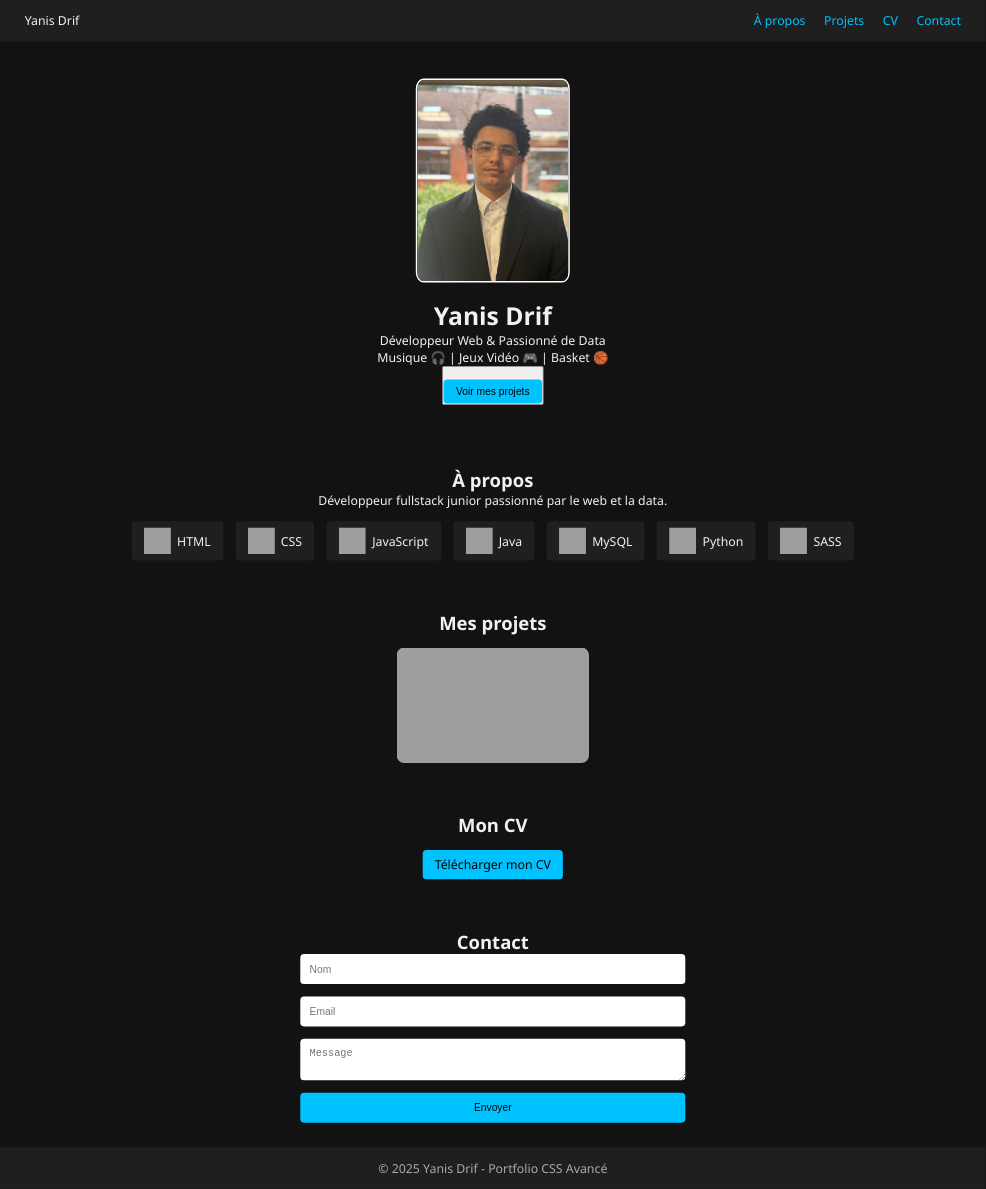
Repository: Yxniiss/ProjetCssAvance
Page: OneDrive/Bureau/Portfolio DrifYanis/home.html
An editor plug-in stored every save of this project. The page is shown before and after the next save, followed by the edit.
The browser window is 1280 px wide. The pictures show the whole page, at 77% of full size.
Pictures or frames that could not be fetched are drawn as grey boxes.

Above is the page before, as saved 2025-04-10 10:08:17.
Console error: TypeError: Cannot set properties of null (setting 'textContent')

### OneDrive/Bureau/Portfolio DrifYanis/home.html
<!DOCTYPE html>
<html lang="fr">
<head>
  <meta charset="UTF-8" />
  <meta name="viewport" content="width=device-width, initial-scale=1.0" />
  <title>Portfolio - Yanis Drif</title>
  <link rel="stylesheet" href="/style.css" />
  <script defer src="/script.js"></script>
</head>
<body>
  <nav class="navbar">
    <div class="logo">Yanis Drif</div>
    <ul class="nav-links">
      <li><a href="#apropos">À propos</a></li>
      <li><a href="#projets">Projets</a></li>
      <li><a href="#cv">CV</a></li>
      <li><a href="#contact">Contact</a></li>
    </ul>
  </nav>

  <header class="hero">
    <div class="hero__content">
      <img src="/image/IMG_0965 (2).jpeg" alt="Photo de profil" class="hero__image" />
      <h1 class="hero__name">Yanis Drif</h1>
      <p class="hero__tagline">Développeur <span>Web</span> & Passionné de Data</p>
      <p class="hero__desc">Musique 🎧 | Jeux Vidéo 🎮 | Basket 🏀</p>
      <button><a href="#projets" class="btn">Voir mes projets</button></a>
    </div>
  </header>

  <section id="apropos" class="section about">
    <h2>À propos</h2>
    <p>Développeur fullstack junior passionné par le web et la data.</p>
    <div class="skills">
      <div class="skill"><img src="https://devicon-website.vercel.app/api/html5/original-wordmark.svg" alt="HTML">HTML</div>
      <div class="skill"><img src="https://devicon-website.vercel.app/api/css3/original-wordmark.svg" alt="CSS">CSS</div>
      <div class="skill"><img src="https://devicon-website.vercel.app/api/javascript/original.svg" alt="JavaScript">JavaScript</div>
      <div class="skill"><img src="https://devicon-website.vercel.app/api/java/original-wordmark.svg" alt="Java">Java</div>
      <div class="skill"><img src="https://devicon-website.vercel.app/api/mysql/plain-wordmark.svg" alt="MySQL">MySQL</div>
      <div class="skill"><img src="https://devicon-website.vercel.app/api/python/original-wordmark.svg" alt="Python">Python</div>
      <div class="skill"><img src="https://devicon-website.vercel.app/api/sass/original.svg" alt="SASS">SASS</div>
    </div>
  </section>

  <section id="projets" class="section projets">
    <h2>Mes projets</h2>
    <div class="projects carousel">
      <img src="img/Capture d'écran 2025-04-09 23345.png" alt="Projet 1"/>
      <img src="/img/Capture d'écran 2025-04-09 12402 (1).png" alt="Projet 2" />
      <img src="/img/ChatGPT Image 9 avr. 2025, 23_49_51.png" alt="Projet 3" />
    </div>
  </section>

  <section id="cv" class="section cv">
    <h2>Mon CV</h2>
    <a href="/doc/CV Yanis (1) (1).pdf" download class="btn">Télécharger mon CV</a>
  </section>

  <section id="contact" class="section contact">
    <h2>Contact</h2>
    <form class="contact-form">
      <input type="text" placeholder="Nom" required />
      <input type="email" placeholder="Email" required />
      <textarea placeholder="Message" required></textarea>
      <button type="submit">Envoyer</button>
    </form>
  </section>

  <footer>
    <p>&copy; 2025 Yanis Drif - Portfolio CSS Avancé</p>
  </footer>
</body>
</html>

### OneDrive/Bureau/Portfolio DrifYanis/style.css
* {
    margin: 0;
    padding: 0;
    box-sizing: border-box;
  }

  body {
    font-family: "Segoe UI", sans-serif;
    background-color: #121212;
    color: #f1f1f1;
  }

  .navbar {
    display: flex;
    justify-content: space-between;
    padding: 1rem 2rem;
    background-color: #1f1f1f;
  }

  .nav-links {
    display: flex;
    list-style: none;
    gap: 1.5rem;
  }

  .nav-links a {
    color: #00c2ff;
    text-decoration: none;
  }

  .hero {
    padding: 3rem 1rem;
    text-align: center;
  }

  .hero__image {
    border-radius: 5%;
    width: 200px;
    border: 2px solid #ffffff;
    margin-bottom: 1rem;
  }

  .section {
    padding: 2rem 1rem;
    text-align: center;
  }

  .projects {
    display: flex;
    justify-content: center;
    gap: 1rem;
    flex-wrap: wrap;
    margin-top: 1rem;
  }

  .projects img {
    width: 250px;
    height: 150px;
    -o-object-fit: cover;
       object-fit: cover;
    border-radius: 10px;
  }

  .skills {
    display: flex;
    flex-wrap: wrap;
    gap: 1rem;
    justify-content: center;
    margin-top: 1rem;
  }

  .skill {
    display: flex;
    align-items: center;
    gap: 0.5rem;
    background-color: #1f1f1f;
    padding: 0.5rem 1rem;
    border-radius: 5px;
  }

  .skill img {
    width: 35px;
    height: 35px;
  }

  footer {
    padding: 1rem;
    text-align: center;
    background-color: #1f1f1f;
    color: #aaa;
  }

  .btn {
    display: inline-block;
    margin-top: 1rem;
    padding: 0.5rem 1rem;
    background-color: #00c2ff;
    color: #000;
    text-decoration: none;
    border-radius: 5px;
  }

  .contact-form {
    max-width: 500px;
    margin: auto;
    display: flex;
    flex-direction: column;
    gap: 1rem;
  }

  .contact-form input,
  .contact-form textarea {
    padding: 0.75rem;
    border: none;
    border-radius: 5px;
  }

  .contact-form button {
    background-color: #00c2ff;
    color: #000;
    padding: 0.75rem;
    border: none;
    border-radius: 5px;
    cursor: pointer;
  }

  .start h1{
    text-align: left;
    margin-top: 100px;
    font-size: 35px;
    margin-left: 100px;
  }

  .start h2{
    text-align: left;
    margin-top: 1px;
    font-size: 70px;
    margin-left: 100px;
  }

  .start h3{
    text-align: left;
    margin-top: 1px;
    font-size: 35px;
    margin-left: 100px;
  }

  #mot {
    color:#00c2ff;
  }

  #cursor{
    display: inline-block;
    width: 10px;
    background-color:black;
    animation: blink 0.8s step-end infinite;
  }

  @keyframes blink{
    50% {
      opacity: 0;
    }
  }

  @keyframes typing{
    from{
      width: 0;
    }
    to{
      width: 100%;
    }
  }

  #main{
    opacity: 0;
    transform: translateY(0);
    transition: opacity 5s ease, transform 5s ease;
  }

  body.loaded #main{
    opacity: 1;
    transform: translateY(0);
  }


  .start p{
    text-align: left;
    margin-left: 100px;
    margin-top: 20px;
    font-size: 20px;
  }

  .ntwrks {
    position: absolute;
    top: 410px;
    left: 110px;
    display: flex;
    flex-wrap: wrap;
    gap: 1rem;
  }

  .ntwrk {
    display: flex;
    align-items: center;
    gap: 0.5rem;
    background-color: #1f1f1f;
    padding: 1rem 1rem;
    border-radius: 100px;
    transition: 0.3s ease, opacity 0.3s ease;
  }

  .ntwrk:hover{
    transform: scale(1.2);
    opacity: 0.8;
  }

  .ntwrk img {
    width: 30px;
    height: 30px;
  }

  .modern-button{
    background-color:#00c2ff;
    font-size: 16px;
    font-weight: bold;
    border:none;
    padding: 15px 30px;
    border-radius: 25px;
    cursor: pointer;
    outline: none;
    position: relative;
    right:550px;
    top:120px;
    animation:glow 1.5s infinite alternate;
    transition: 0.3s ease, opacity 0.3s ease;
  }

  .modern-button a{
    color:white;
    text-decoration: none;
  }

  .modern-button:hover{
    transform: scale(1.2);
    opacity: 1;
  }

  @keyframes glow{
    0%{
      box-shadow: 0 0 10px 5px rgba(0, 194, 255, 0.6), 0 0 20px 10px rgba(0, 194, 255, 0.4);
    }
    100%{
      box-shadow: 0 0 20px 10px rgba(0, 194, 255, 1), 0 0 30px 15px rgba(0, 194, 255, 0.8);
    }
  }

  .image{
    max-width: 30%;
    position: relative;
    bottom: 350px;
    left: 350px;
  }

### OneDrive/Bureau/Portfolio DrifYanis/script.js

document.addEventListener('DOMContentLoaded', () => {
    // Scroll fluide
    document.querySelectorAll('a[href^="#"]').forEach(anchor => {
      anchor.addEventListener('click', function (e) {
        e.preventDefault();
        const target = document.querySelector(this.getAttribute('href'));
        if (target) {
          target.scrollIntoView({ behavior: 'smooth' });
        }
      });
    });

    // Carrousel automatique
    const images = document.querySelectorAll('.carousel img');
    let currentIndex = 0;

    function showSlide(index) {
      images.forEach((img, i) => {
        img.style.display = i === index ? 'block' : 'none';
      });
    }

    function nextSlide() {
      currentIndex = (currentIndex + 1) % images.length;
      showSlide(currentIndex);
    }

    if (images.length > 0) {
      showSlide(currentIndex);
      setInterval(nextSlide, 3000); // change every 3 seconds
    }
  });

  const mot = ["Etudiant", "Developpeur web", "Pasionné de code","Developpeur fullstack"];
  let index = 0;
  const element = document.getElementById("mot");
  const cursor = document.getElementById("cursor");

  let typingInterval;
  let currentWord = "";
  let currentCharIndex = 0;

  function  commencerTypingAnimation(){
    currentWord=mot[index];
    currentCharIndex = 0;
    element.textContent = '';

    typingInterval = setInterval(() =>{
      element.textContent += currentWord.charAt(currentCharIndex);
      currentCharIndex++;

      if(currentCharIndex === currentWord.length){
        clearInterval(typingInterval);
        setTimeout(changerMot,1000);
      }
    },150);
  }

  function changerMot(){
    element.textContent=mot[index];
    index++;
    if(index===mot.length){
      index=0;
    }
    commencerTypingAnimation();
  }
  commencerTypingAnimation();

  window.addEventListener('load', function () {
    document.body.classList.add('loaded');
  });

After the next save:
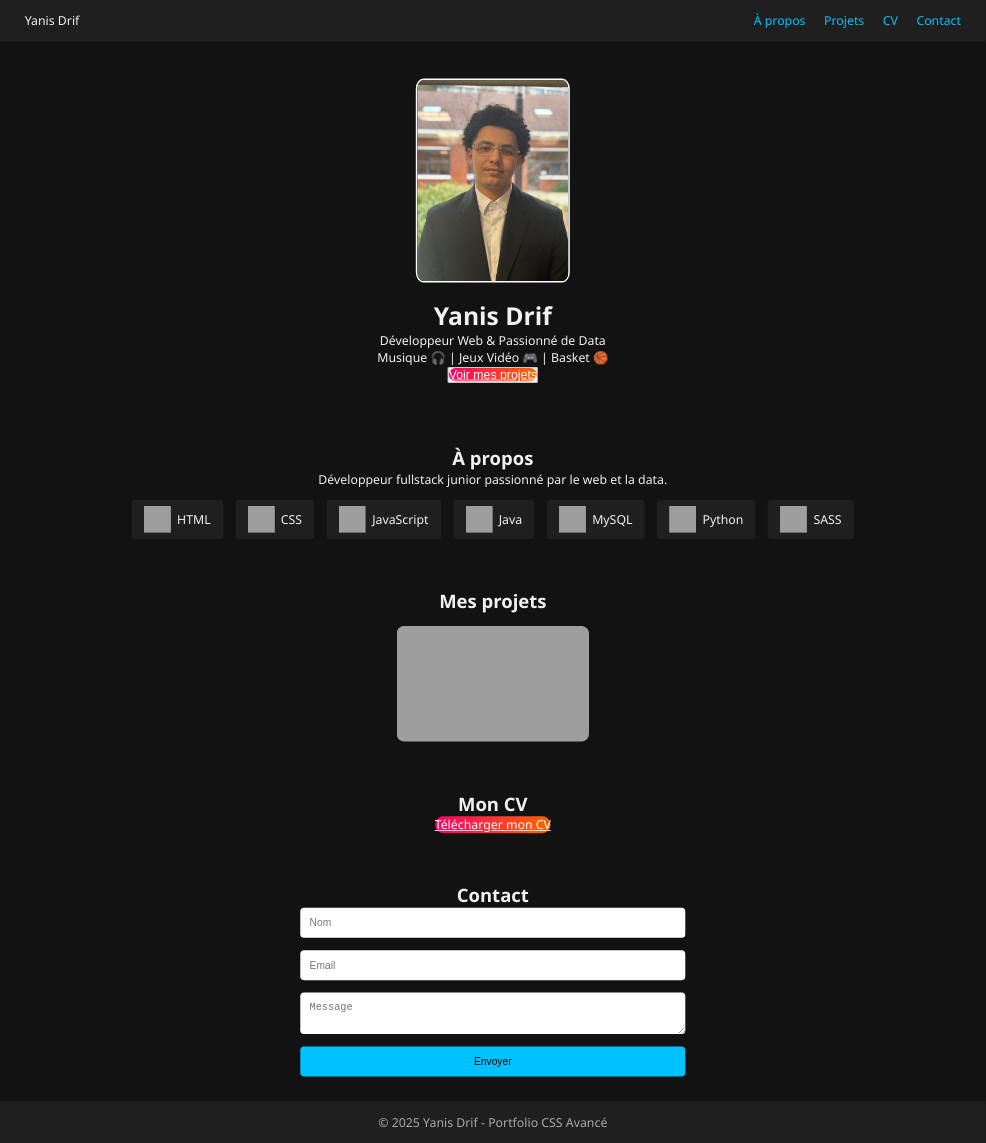
Saved 5 min 17 s later.
--- a/OneDrive/Bureau/Portfolio DrifYanis/style.css
+++ b/OneDrive/Bureau/Portfolio DrifYanis/style.css
@@ -91,13 +91,15 @@
   }
 
   .btn {
-    display: inline-block;
-    margin-top: 1rem;
-    padding: 0.5rem 1rem;
-    background-color: #00c2ff;
-    color: #000;
-    text-decoration: none;
-    border-radius: 5px;
+    padding: :15px 30px;
+    font-size: 16px;
+    color:white;
+    background: linear-gradient(90deg, #ff0066, #ff6600);
+    border:none;
+    border-radius: 50px;
+    cursor: pointer;
+    box-shadow: 0 4px 15px rgba(255,0,102,0);
+    transition: box-shadow 0.3s ease, transform 0.3s ease;
   }
 
   .contact-form {
